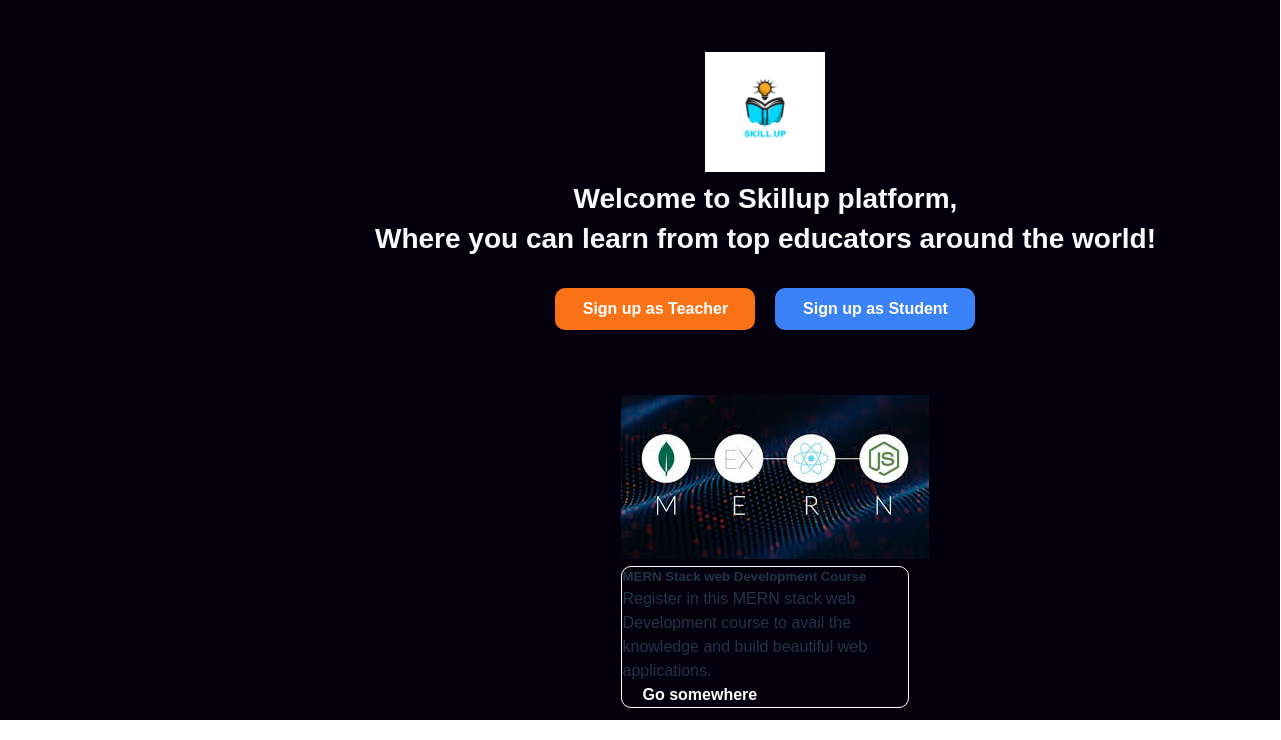
Repository: gowtham-jo/Learning-Management-System
Page: /
These files come from the project's save history. The page is drawn as it stood at one moment and after the next save; the edit follows.
The browser window is 1280 px wide. The page is 1281 px wide, so the pictures cover 1281 px, including what lies to the right of the window. The pictures show the whole page.
The project was rebuilt for these pictures with package versions that can differ from the ones it lists, and the page was loaded fresh each time. Also part of the build but not shown: vite.config.js, src/StudentRegistration.jsx, src/TeacherRegistration.jsx.

Above is the page before, as saved 2026-01-27 20:00:50.

After the next save:
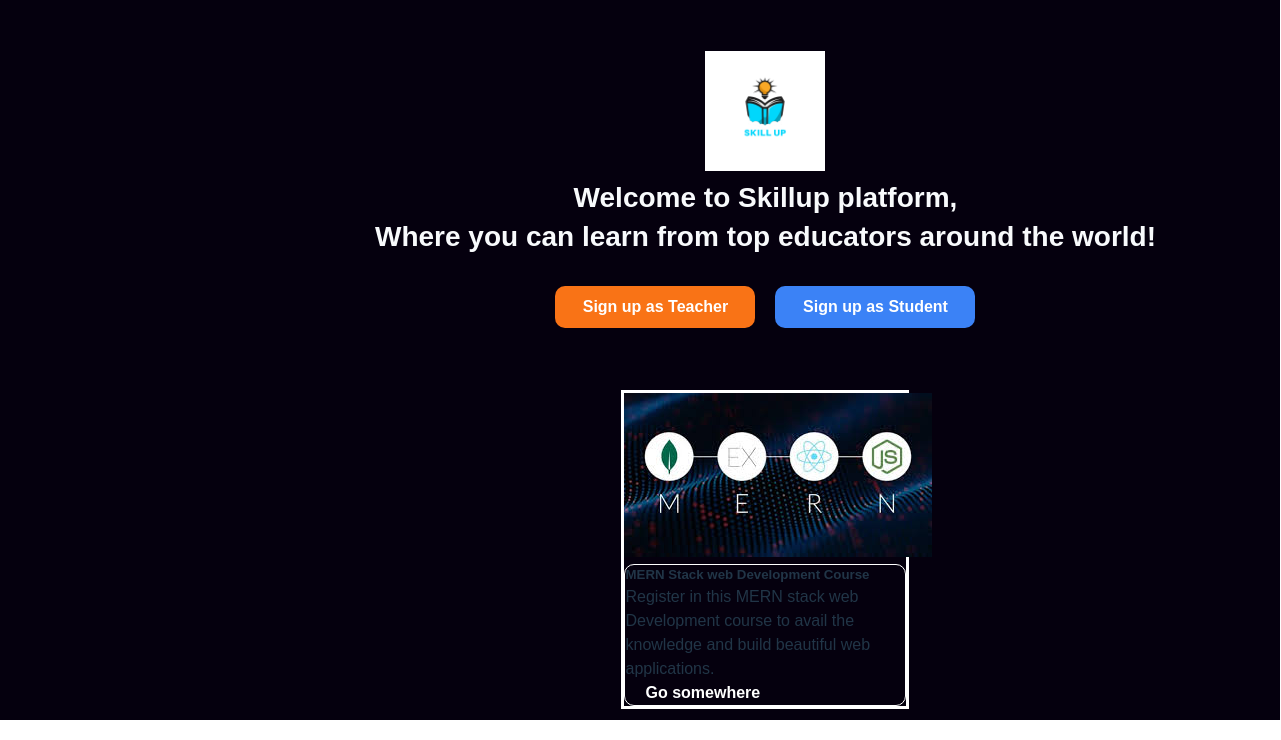
Saved 4 s later.
--- a/src/Homepage.jsx
+++ b/src/Homepage.jsx
@@ -33,7 +33,7 @@ const Homepage = () => {
 
         </div>
       </div>
-      <div className="card" style={{ width: "18rem",border:"" }}>
+      <div className="card" style={{ width: "18rem",border:"3px solid white" }}>
         <img src={mern} className="card-img-top" alt="..." />
           <div className="card-body" style={{ borderRadius: "10px" ,border:"1px white solid"}}>
             <h5 className="card-title">MERN Stack web Development Course</h5>
